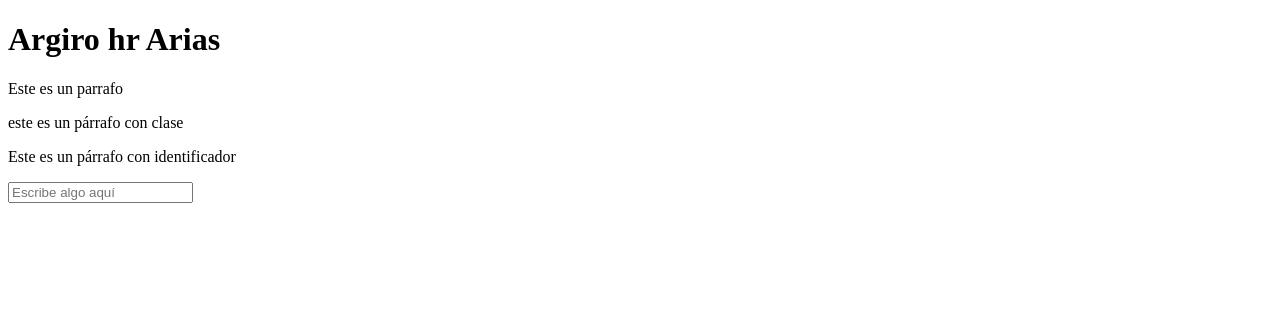
Repository: elto82/NuevoCursoPr-cticodeJavaScript
Page: index.html
The author's editor kept a copy of each file at every save. The page is drawn from the files as they stood at one save, then again after the next save.
The browser window is 1280 px wide. The pictures show the whole page.

Above is the page before, as saved 2022-09-09 08:28:09.

### index.html
<!DOCTYPE html>
<html lang="en">
<head>
  <meta charset="UTF-8">
  <meta http-equiv="X-UA-Compatible" content="IE=edge">
  <meta name="viewport" content="width=device-width, initial-scale=1.0">
  <title>Manipulación Del DOM Básica</title>
</head>
<body>
  <h1>Manipulación Del DOM Básica</h1>

  <p>Este es un parrafo</p>
  <p class="parrafo">este es un párrafo con clase</p>
  <p id="pid">Este es un párrafo con identificador</p>

  <input placeholder="Escribe algo aquí" type="text" name="" id="">

  <script src="./main.js"></script>
</body>
</html>

### main.js


const h1 = document.querySelector('h1')
const p = document.querySelector('p')
const parrafo = document.querySelector('.parrafo')
const pid = document.querySelector('#pid')
const input = document.querySelector('input')

console.log({
  h1,
  p,
  parrafo,
  pid,
  input,
});

h1.innerHTML = 'Argiro hr Arias'

After the next save:
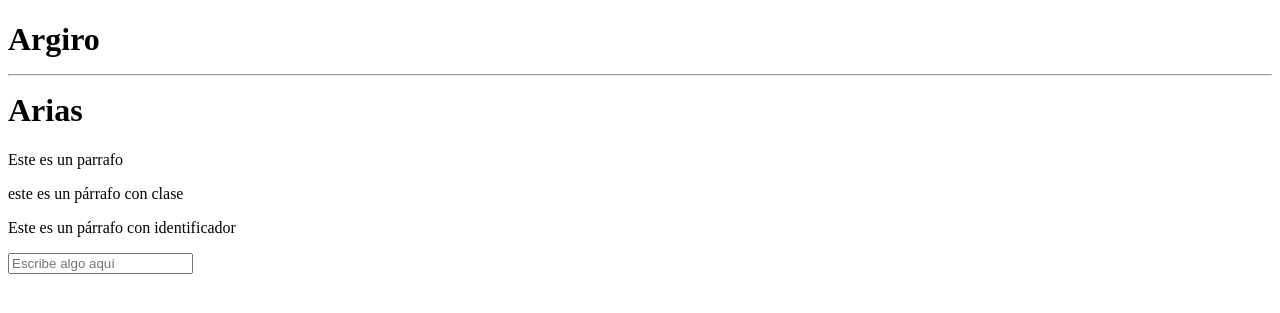
Saved 16 s later.
--- a/main.js
+++ b/main.js
@@ -14,4 +14,4 @@ console.log({
   input,
 });
 
-h1.innerHTML = 'Argiro hr Arias'
+h1.innerHTML = 'Argiro <hr> Arias'
